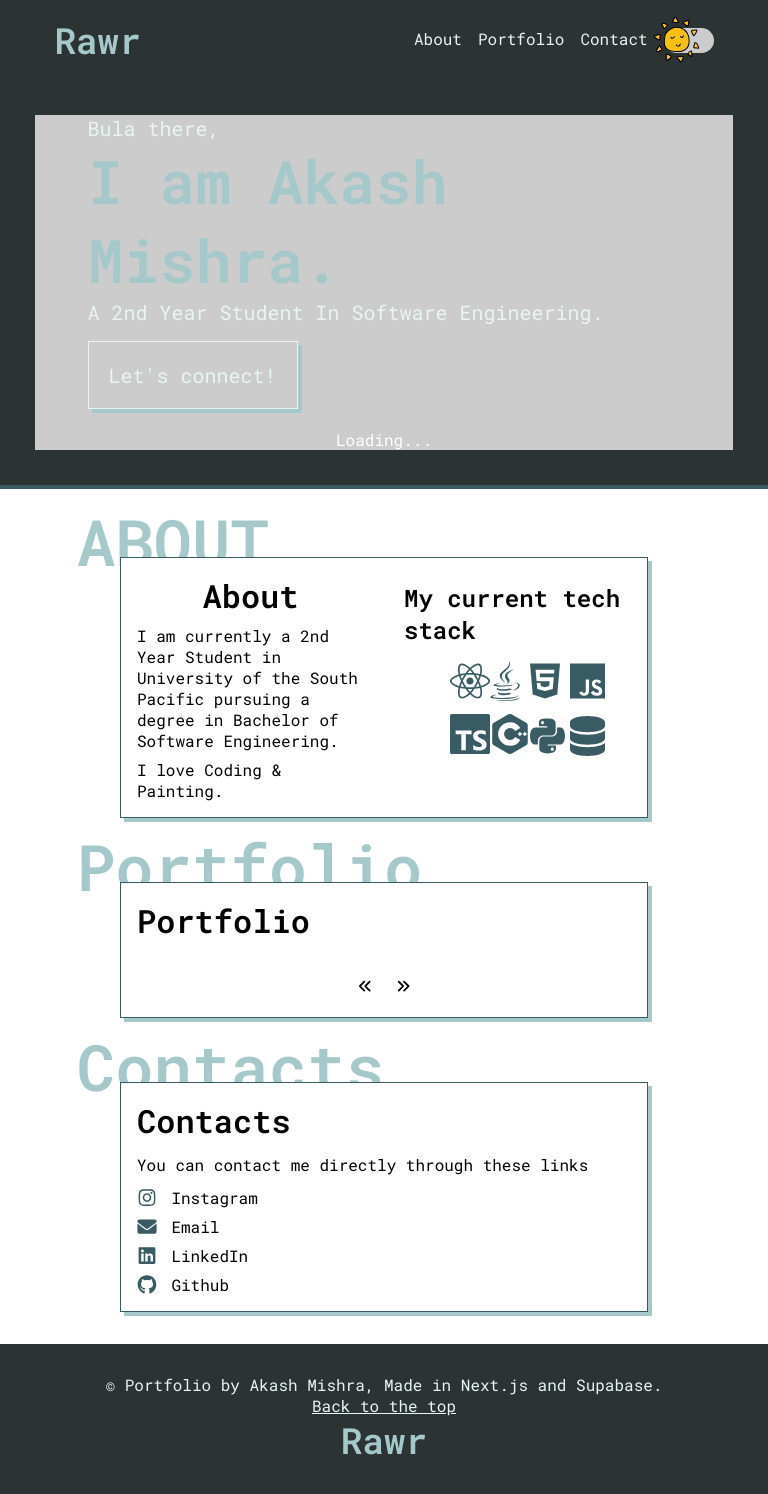
Repository: akashrawr/personal-portfolio
Page: /
An editor plug-in stored every save of this project. The page is shown before and after the next save, followed by the edit.
The browser window is 768 px wide. The pictures show the whole page.
The page's requests for data from a server got no answer. The project was rebuilt for these pictures with package versions that can differ from the ones it lists, and the page was loaded fresh each time. The framework's server and built-in components were replaced by stand-ins that run in the browser. No one was signed in, and anything a server would have sent is missing. Also part of the build but not shown: next.config.ts.

Above is the page before, as saved 2025-01-03 20:48:57.

### app/layout.tsx
import type { Metadata } from "next";
import { Geist, Geist_Mono } from "next/font/google";
import "./globals.css";

const geistSans = Geist({
  variable: "--font-geist-sans",
  subsets: ["latin"],
});

const geistMono = Geist_Mono({
  variable: "--font-geist-mono",
  subsets: ["latin"],
});

export const metadata: Metadata = {
  title: "akashrawr",
  description: "Personal Portfolio",
};

export default function RootLayout({
  children,
}: Readonly<{
  children: React.ReactNode;
}>) {
  return (
    <html lang="en" translate="no"> {/* Prevent translation of the entire page */}
      <head>
        <meta charSet="UTF-8" />
        <meta httpEquiv="Content-Language" content="en" /> {/* Explicitly set content language */}
        <meta name="google" content="notranslate" /> {/* Inform Google to not translate */}
        <link rel="icon" href="/rawr.ico" type="image/x-icon" />
        <title>akashrawr</title>
        <meta name="description" content="My Personal Portfolio" />
      </head>
      <body className={`${geistSans.variable} ${geistMono.variable} antialiased`}>
        <div className="notranslate">
          {children}
        </div>
      </body>
    </html>
  );
}

### app/page.tsx
"use client"; // Enables client-side functionality
import React, { useState, useEffect } from "react";
import AOS from "aos";
import "aos/dist/aos.css";
import "./globals.css"; // Import global styles

// Import components
import Header from "./components/Header";
import Hero from "./components/Hero";
import About from "./components/About";
import Portfolio from "./components/Portfolio";
import Contact from "./components/Contact";
import Footer from "./components/Footer";

const Page: React.FC = () => {
  useEffect(() => {
    AOS.init({ once: true, delay: 0 });
  }, []);

  const [isNavVisible, setIsNavVisible] = useState(false);
  const [darkMode, setDarkMode] = useState(false);

  const toggleNav = () => {
    setIsNavVisible(!isNavVisible);
  };

  const toggleDarkMode = () => {
    setDarkMode(!darkMode);
    document.body.classList.toggle("dark-mode", !darkMode);
  };

  return (
    <div>
      <Header
        isNavVisible={isNavVisible}
        toggleNav={toggleNav}
        darkMode={darkMode}
        toggleDarkMode={toggleDarkMode}
      />
      <main>
        <Hero />
        <About />
        <Portfolio />
        <Contact />
      </main>
      <Footer />
    </div>
  );
};

export default Page;

### app/globals.css
@import url("https://fonts.googleapis.com/css2?family=Roboto+Mono:wght@300;400;600&display=swap");

:root {
  --primary-color: #2c3333;
  --secondary-color: #395b64;
  --accent-1: #a5c9ca;
  --accent-2: #e7f6f2;
  --neutral-1: black;
  --neutral-2: white;
  --neutral-3: white;
  --neutral-4: black;
  --icon-1: #395b64;

  --dark-primary-color: #121212;
  --dark-secondary-color: #1f1f1f;
  --dark-accent-1: #6c757d;
  --dark-accent-2: #adb5bd;
  --dark-neutral-1: #ffffff;
  --dark-neutral-2: #121212;
  --dark-neutral-3:#1f1f1f;
  --dark-neutral-4: #938f8f;
  --dark-icon-1: #938f8f;

}

*,
*::after,
*::before {
  margin: 0;
  padding: 0;
  font-family: "Roboto Mono", monospace;
  box-sizing: border-box;


}

html {
  scroll-behavior: smooth;
}

body {
  overflow-x: hidden;
  background-color: var(--neutral-3);
  color: var(--neutral-1);
  font-family: "Roboto Mono", monospace;
}

body.dark-mode {
  --primary-color: var(--dark-primary-color);
  --secondary-color: var(--dark-secondary-color);
  --accent-1: var(--dark-accent-1);
  --accent-2: var(--dark-accent-2);
  --neutral-1: var(--dark-neutral-1);
  --neutral-2: var(--dark-neutral-2);
  --neutral-3: var(--dark-neutral-3);
  --neutral-4: var(--dark-neutral-4);
  --icon-1:var(--dark-icon-1);
}


/* Navbar styles */

header {
  display: flex;
  align-items: center;
  justify-content: center;

  max-width: 100vw;
  background-color: var(--primary-color);
}

a {
  font-size: 14px;
  text-decoration: none;
}

h1 {
  font-family: "Roboto Mono", monospace;
}

.navbar-nav {
  display: flex;
  align-items: center;
  justify-content: space-between;
  background-color: var(--primary-color);
  padding: 1rem;
  width: 90%;
}

.nav-logo {
  grid-column: 1;
}

.nav-logo > h1 {
  font-size: 30px;
  color: var(--accent-1);
}

.primary-nav {
  display: flex;
  list-style: none;
  gap: 16px;

  grid-column: 2;
  justify-self: end;
}

.mobile-nav-toggle {
  display: none;
  cursor: pointer;
}

.nav-link:link,
.nav-link:visited {
  font-size: 16px;
  color: var(--accent-2);

  transition: 300ms ease-in-out;
}

.nav-link:hover {
  font-weight: 600;
  color: var(--accent-1);
}

.user-icon {
  width: 24px;
  height: 24px;
  fill: var(--accent-1);
  transition: fill 0.3s ease;
}

.user-icon:hover {
  fill: var(--accent-1);
}

/* Dark mode toggle button */
.theme-toggle {
  background: none;
  border: none;
  cursor: pointer;
  padding: 8px;
  display: flex;
  align-items: center;
}

.nav-icons {
  --size: 30px;
  width: var(--size);
  aspect-ratio: 1;
  cursor: pointer;
}



@media only screen and (max-width: 35em) {
  .primary-nav {
    position: fixed;
    top: 0;
    right: 0;
    bottom: 0;
    width: 125px;

    flex-direction: column;
    padding: min(15vh, 3rem) 1rem;
    background-color: var(--primary-color);
    border-left: 2px solid rgb(111, 111, 111); /* Add this line for the left border */

    z-index: 9999;

    transform: translateX(100%);
    transition: transform 350ms ease-out;
  }


  .nav-link:link,
  .nav-link:visited {
    font-size: 15px;
    color: var(--accent-1);
  }

  .primary-nav[data-visible="true"] {
    transform: translateX(0%);
  }

  .mobile-nav-toggle[aria-expanded="true"] {
    background: url('data:[embedded picture, 416 characters]') center center no-repeat;
  }

  .mobile-nav-toggle {
    display: block;
    position: absolute;
    background: url('data:[embedded picture, 417 characters]') center center no-repeat;

    width: 1.25rem;
    aspect-ratio: 1;

    border: none;

    top: 1.4rem;
    right: 2.5rem;
    z-index: 10000;

    transition: 250ms ease-in-out;
  }
}

/* Section styles */

section {
  display: flex;
  align-items: center;
  justify-content: center;

  max-width: 100vw;
  position: relative;
}

/* HERO SECTION */
#hero {
  background-color: var(--primary-color);
  border-bottom: 4px solid var(--icon-1);
  padding: 2.2rem;
}

/* Main container for text and image */
.hero-main-container {
  display: flex;
  flex-wrap: wrap;
  align-items: center;
  justify-content: space-between;
  gap: 16px;
}

/* Text Container */
.hero-container {
  flex: 1;
  display: flex;
  flex-direction: column;
  gap: 16px;
  padding: 2.2rem;
  width: 90%;
  height: 350px;
  animation: fade-in 500ms linear forwards;
}

.hero-text-container > h2 {
  font-size: 28px;
  color: var(--accent-1);
}

.hero-text-container > p {
  font-size: 12px;
  color: var(--accent-2);
}

.hero-button {
  align-self: flex-start;

  font-size: 14px;
  padding: 1em;

  color: var(--accent-2);
  background-color: transparent;

  border: 1px solid var(--accent-2);
  box-shadow: 4px 4px 0px var(--accent-1);

  transition: 300ms ease-in-out;
}

.hero-button:hover {
  background-color: var(--accent-2);
  color: var(--primary-color);
  box-shadow: 6px 6px 0px var(--secondary-color);
}

/* Image Container */
.hero-img {
  flex: 1;
  display: flex;
  justify-content: center;
  align-items: center;
}

.hero-image {
  max-width: 50%;
  height: auto;
  border-radius: 10px;
  box-shadow: 0 4px 8px rgba(0, 0, 0, 0.1);
  border: 1px solid var(--secondary-color);
  background-color: var(--neutral-2);
  box-shadow: 4px 4px 0px var(--accent-1);
}

.hero-img p{
color:white;
}


/* Responsive Styles */
@media screen and (max-width: 768px) {
  .hero-main-container {
    flex-direction: column;
    background-color:#ccc;
    padding: 0;
    width: 100%;
    gap: 0;
    margin: 0 auto; /* Optional: Center the container */
  }
  .hero-img {
    margin-top: 20px;
  }
  .hero-container, .hero-image {
    max-width: 85%;
    height: auto;
    padding: 0;
    margin: 0 auto;
  }
  .hero-text-container {
    text-align: left;
    background-color:#ccc;
    padding: 0;
    width: 100%;
    gap: 0;
    margin: 0 auto;
  }


}
.hero-text-container > h2 {
  font-size: 28px;
  color: var(--accent-1);
}
.hero-text-container > p {
  font-size: 12px;
}
.project-card > h3 {
  font-size: 12px;
  color: var(--secondary-color);
}

/* ABOUT */

#about {
  padding: 2rem;
  margin-top: 36px;
  animation: fade-in 500ms linear forwards;

}

.wave-asset {
  width: 100%;
  position: absolute;

  top: 0;
  left: 0;
}

.about-container {
  display: flex;
  align-items: center;
  justify-content: center;
  background-color: var(--neutral-2);
  width: 90%;
  z-index: 999;
}

.about-card,
.portfolio-card,
.contact-card {
  display: flex;
  flex-direction: column;
  gap: 16px;
  border: 1px solid var(--secondary-color);
  background-color: var(--neutral-2);

  width: 100%;
  padding: 1rem;

  box-shadow: 4px 4px 0px var(--accent-1);
}

.about-content,
.portfolio-content {
  width: 100%;
  display: flex;
  flex-direction: column;
  gap: 8px;
}

.about-content > h2,
.about-content > h3 {
  color: var(--neutral-4);
}

.about-content > p {
  font-size: 12px;
  color: var(--neutral-4);
}

.tech-stack-grid {
  width: 65%;
  display: grid;
  grid-template-columns: repeat(4, 1fr);
  place-items: center;
}

.tech-stack {
  --size: 30px;
  width: var(--size);
  aspect-ratio: 1;
}

/* Portfolio container */

#portfolio {
  padding: 2rem;
  animation: fade-in 500ms linear forwards;
}

.portfolio-container {
  width: 90%;
  z-index: 999;
}

.project-container {
  display: grid;
  grid-template-columns: repeat(2, 1fr);
  gap: 16px;
}

.portfolio-content > h2 {
  color: var(--neutral-4);
}

.project-card {
  display: flex;
  flex-direction: column;
  gap: 4px;

  padding: 1rem;
  border-radius: 8px;
  border: 1px solid var(--accent-1);
}

.project-card > h3 {
  color: var(--neutral-4);
}

.project-card > h5 {
  color: var(--neutral-4);
  opacity: 0.5;
}

.project-card > p {
  font-size: 12px;
  width: 100%;
  display: -webkit-box;
  -webkit-box-orient: vertical;
  -webkit-line-clamp: 3;
  overflow: hidden;
  color: var(--neutral-4);
}

.project-img {
  width: 100%;
  aspect-ratio: 16/9;
}

.project-card-links {
  align-self: flex-end;

  margin-top: 10px;
  display: flex;
  align-items: center;
  gap: 12px;
}

.project-icons {
  --size: 20px;
  width: var(--size);
  aspect-ratio: 1;
}

.project-card-links > a {
  display: flex;
  align-items: center;
  color: var(--neutral-4);
  font-size: 10px;
  gap: 4px;
}

.project-card-links > a:link,
.project-card-links > a:visited {

  color: var(--neutral-4);
}

.project-card-links > a:hover {
  font-weight: 600;
  color: var(--accent-1);
}

/* CONTACT */
#contact {
  padding: 2rem;
  animation: fade-in 500ms linear forwards;
}

.contact-container {
  width: 90%;
  z-index: 999;
}

.contact-card {
  width: 100%;
  gap: 12px;
}
.contact-card > h2 {
    color: var(--neutral-4);
}

.contact-card > p {
  font-size: 12px;
  color: var(--neutral-4);
}

.contact-links {
  display: flex;
  flex-direction: column;
  gap: 8px;
}

.contact-links > a {
  display: flex;
  align-items: center;
  gap: 8px;
}

.contact-links > a:link,
.contact-links > a:visited {
  color: var(--neutral-4);
}

.contact-links > a:hover {
  font-weight: 600;
  color: var(--accent-1);
}
.contact-icons {
  --size: 20px;
  width: var(--size);
  aspect-ratio: 1;
}

/* extras */
.section-highlight {
  font-size: 4rem;
  font-weight: 600;
  opacity: 0.5;
  color: var(--accent-1);

  position: absolute;
  top: 0;
  left: 100px;
}

/* footer */
footer {
  display: flex;
  align-items: center;
  justify-content: center;
  color: var(--accent-2);
  max-width: 100vw;
  background-color: var(--primary-color);
  min-height: 150px;
}

.footer-content {
  text-align: center;
  font-size: 12px;
  width: 90%;

  color: var(--accent-2);
}

.footer-content > p {
  text-decoration: underline;
}

.footer-content > a {
  text-decoration: underline;
}

.footer-content > a:link,
.footer-content > a:visited {
  color: var(--accent-2);
}

.footer-content > a:hover {
  color: var(--accent-1);
}
/* media queries */

@media only screen and (max-width: 35em) {
  .hero-container {
    padding: 1rem;
    height: 200px;
  }
  .project-container {
    grid-template-columns: 1fr;
  }
  .tech-stack-grid {
    width: 100%;
  }
  .section-highlight {
    font-size: 3.5rem;
    top: -16px;
    left: 6vw;
  }
}

@media only screen and (min-width: 35em) {
  .hero-container {
    height: 250px;
  }
  .about-container,
  .portfolio-container,
  .contact-container {
    width: 75%;
  }

  .about-card,
  .portfolio-card {
    align-items: center;
    justify-content: center;
    flex-direction: row;
    gap: 20px;
  }

  .section-highlight {
    top: -26px;
    left: 10vw;
  }
}

@media only screen and (min-width: 768px) {
  .nav-logo > h1 {
    font-size: 36px;
  }

  /* hero */
  .hero-container {
    height: 350px;
  }

  .hero-text-container > p {
    font-size: 20px;
  }

  .hero-text-container > h2 {
    font-size: 60px;
  }

  .hero-button {
    font-size: 20px;
  }

  /* about */
  .about-card {
    gap: 40px;
  }

  .about-content > h2 {
    font-size: 32px;
  }

  .about-content > h3 {
    font-size: 24px;
  }

  .about-content > p {
    font-size: 16px;
  }

  .tech-stack-section {
    align-self: flex-start;
    margin-top: 8px;
  }

  .tech-stack {
    --size: 40px;
    width: var(--size);
    aspect-ratio: 1;
  }

  /* portfolio */
  .portfolio-content > h2 {
    font-size: 32px;
  }

  .project-card > h3 {
    font-size: 24px;
  }

  .project-card > h5,
  .project-card > p {
    font-size: 16px;
  }

  .project-card-links > a {
    font-size: 16px;
  }

  /* contacts */
  .contact-card > h2 {
    font-size: 32px;
  }

  .contact-card > p {
    font-size: 16px;
  }

  .contact-links > a {
    font-size: 16px;
  }
  .footer-content,
  .footer-content > a {
    font-size: 16px;
  }
}

@media only screen and (min-width: 1024px) {
  .section-highlight {
    top: -26px;
    left: 10vw;
  }
}

@keyframes fade-in {
  0% {
    opacity: 0;
  }
  100% {
    opacity: 1;
  }
}

/* Adjust specific sections as needed for React-specific behaviors */
.primary-nav.visible {
  transform: translateX(0%);
}

/* The switch - the box around the slider */
.switch {
  position: relative;
  display: inline-block;
  width: 50px;
  height: 25px;
}

/* Hide default HTML checkbox */
.switch input {
  opacity: 0;
  width: 0;
  height: 0;
}

/* The slider */
.slider {
  position: absolute;
  cursor: pointer;
  top: 0;
  left: 0;
  right: 0;
  bottom: 0;
  background-color: #ccc;
  -webkit-transition: .4s;
  transition: .4s;
  border-radius: 25px; /* Rounded edges for the slider */
  display: flex;

  align-items: center;
}

/* Adjust the icon size to 48x48 pixels */
.slider .icon {
  position: absolute;
  width: 48px;
  height: 48px;
  transition: .4s;
}

/* When the input is checked (dark mode is on) */
input:checked + .slider {
  background-color: #3e4346; /* Change background color on check */
}

input:focus + .slider {
  box-shadow: 0 0 1px #2196F3;
}

/* Move the icons when the input is checked (dark mode) */
input:checked + .slider .icon {
  transform: translateX(20px); /* Move the icon to the right */
}

/* Default state (light mode) */
input:not(:checked) + .slider .icon {
  transform: translateX(-15px) translateY(-2px); /* Icon remains in the default position */
  width: 52px; /* Further reduced icon size for very small screens */
  height: 52px; /* Further reduced icon size for very small screens */
}

.about-icon {
  color: var(--icon-1); /* Change to any shade of blue you prefer */
  font-size: 3rem; /* Adjust size as needed */
  margin: 0.5rem;
}

.project-icons {
  margin-right: 0.5rem; /* Space between icon and text */
  font-size: 1.5rem; /* Adjust icon size */
  color: inherit; /* Match the color of the link */
}

.contact-icons {
  margin-right: 0.5rem; /* Space between icon and text */
  font-size: 1.5rem; /* Adjust icon size */
  color: var(--icon-1);
}

/* Responsive Adjustments */
@media (max-width: 768px) {
  .about-icon {
    font-size: 2.5rem; /* Slightly smaller on smaller devices */
    margin: 0.4rem;
  }

  .project-icons {
    font-size: 1.2rem; /* Smaller icon size on smaller screens */
    margin-right: 0.4rem;
  }

  .contact-icons {
    font-size: 1.2rem; /* Smaller icon size on smaller screens */
    margin-right: 0.4rem;
  }
}

@media (max-width: 480px) {
  .about-icon {
    font-size: 2rem; /* Even smaller on very small devices */
    margin: 0.3rem;
  }

  .project-icons {
    font-size: 1rem; /* Further reduced icon size for very small screens */
    margin-right: 0.3rem;
  }

  .contact-icons {
    font-size: 1rem; /* Further reduced icon size for very small screens */
    margin-right: 0.3rem;
  }
}

.pagination {
  display: flex;
  justify-content: center;
  align-items: center;
  margin-top: 1rem;
}

.pagination a {
  color: var(--neutral-4);
  padding: 8px 16px;
  text-decoration: none;
}

.pagination a.active {
  background-color: #395b64;
  color: white;
}

.pagination a:disabled {
  color: grey;
  pointer-events: none;
}

/* Responsive Adjustments */
@media (max-width: 768px) {
  .pagination a {
    padding: 6px 12px; /* Smaller padding for smaller screens */
    font-size: 0.9rem; /* Slightly smaller font size */
  }

  .pagination {
    margin-top: 0.75rem; /* Adjust margin top for smaller screens */
  }
}

@media (max-width: 480px) {
  .pagination a {
    padding: 4px 8px; /* Even smaller padding for very small screens */
    font-size: 0.8rem; /* Smaller font size for very small screens */
  }

  .pagination {
    margin-top: 0.5rem; /* Adjust margin top for very small screens */
  }
}

### app/components/Hero.tsx
import React, { useEffect, useState } from 'react';
import supabase from '../utils/supabaseClient';  // Adjust path if in 'utils'
import Image from 'next/image';  // Import Image from next/image

function Hero() {
  const [heroImage, setHeroImage] = useState<string | null>(null);

  useEffect(() => {
    const fetchHeroImage = async () => {
      const { data, error } = await supabase
        .from('hero')  // Table name is 'hero'
        .select('image_path')        // Only selecting 'image_path' column
        .limit(1);                   // Limiting to only one result (first row)

      if (error) {
        console.error('Error fetching hero image:', error);
      } else {
        setHeroImage(data?.[0]?.image_path || null);
      }
    };

    fetchHeroImage();
  }, [supabase]); // Including 'supabase' as a dependency

  return (
    <section id="hero">
      <div className="hero-main-container">
        {/* Text and Button Container */}
        <div className="hero-container">
          <div className="hero-text-container" data-aos="fade-up">
            <p>Bula there,</p>
            <h2>I am Akash Mishra.</h2>
            <p>A 2nd Year Student In Software Engineering.</p>
          </div>
          <a href="#contact" className="hero-button" data-aos="fade-up">
            Let&apos;s connect!
          </a>
        </div>

        {/* Image Container */}
        <div className="hero-img" data-aos="fade-up">
          {heroImage ? (
            <Image
              className="hero-image"
              src={heroImage}
              alt="Akash"
              layout="responsive"
              width={500}
              height={500}
            />
          ) : (
            <p>Loading...</p>
          )}
        </div>
      </div>
    </section>
  );
}

export default Hero;

### app/components/Contact.tsx
import React from "react";
import { FontAwesomeIcon } from "@fortawesome/react-fontawesome";
import { faInstagram, faGithub, faLinkedin } from "@fortawesome/free-brands-svg-icons";
import { faEnvelope } from "@fortawesome/free-solid-svg-icons";

const Contact: React.FC = () => {
  return (
    <section id="contact">
      <h2 className="section-highlight" data-aos="fade-up">
        Contacts
      </h2>
      <div className="contact-container" data-aos="fade-up">
        <div className="contact-card">
          <h2>Contacts</h2>
          <p>You can contact me directly through these links</p>

          <div className="contact-links">
            <a href="https://www.instagram.com/_acnologxa" className="contact-link">
              <FontAwesomeIcon icon={faInstagram} className="contact-icons" />
              Instagram
            </a>

            <a href="mailto:akashkm553@gmail.com" className="contact-link">
              <FontAwesomeIcon icon={faEnvelope} className="contact-icons" />
              Email
            </a>

            <a href="https://www.linkedin.com/in/akashmishra-rawr" className="contact-link">
              <FontAwesomeIcon icon={faLinkedin} className="contact-icons" />
              LinkedIn
            </a>

            <a href="https://github.com/akashrawr" className="contact-link">
              <FontAwesomeIcon icon={faGithub} className="contact-icons" />
              Github
            </a>
          </div>
        </div>
      </div>
    </section>
  );
};

export default Contact;

### app/components/Footer.tsx
import React from 'react';

const Footer: React.FC = () => {
  return (
    <footer>
      <div className="footer-content">
        © Portfolio by Akash Mishra, Made in Next.js and Supabase. <br />
        <a href="#hero">Back to the top</a>
        <div className="nav-logo">
          <h1>Rawr</h1>
        </div>
      </div>
    </footer>
  );
};

export default Footer;

### app/utils/supabaseClient.ts
import { createClient } from '@supabase/supabase-js';

// Fetch environment variables
const supabaseUrl = process.env.NEXT_PUBLIC_SUPABASE_URL || '';
const supabaseKey = process.env.NEXT_PUBLIC_SUPABASE_KEY || '';

// Initialize the Supabase client
const supabase = createClient(supabaseUrl, supabaseKey);

export default supabase;

Loaded but not shown: app/components/Header.tsx (89 lines, source omitted); app/components/Portfolio.tsx (139 lines, source omitted); app/components/About.tsx (59 lines, source omitted)

After the next save:
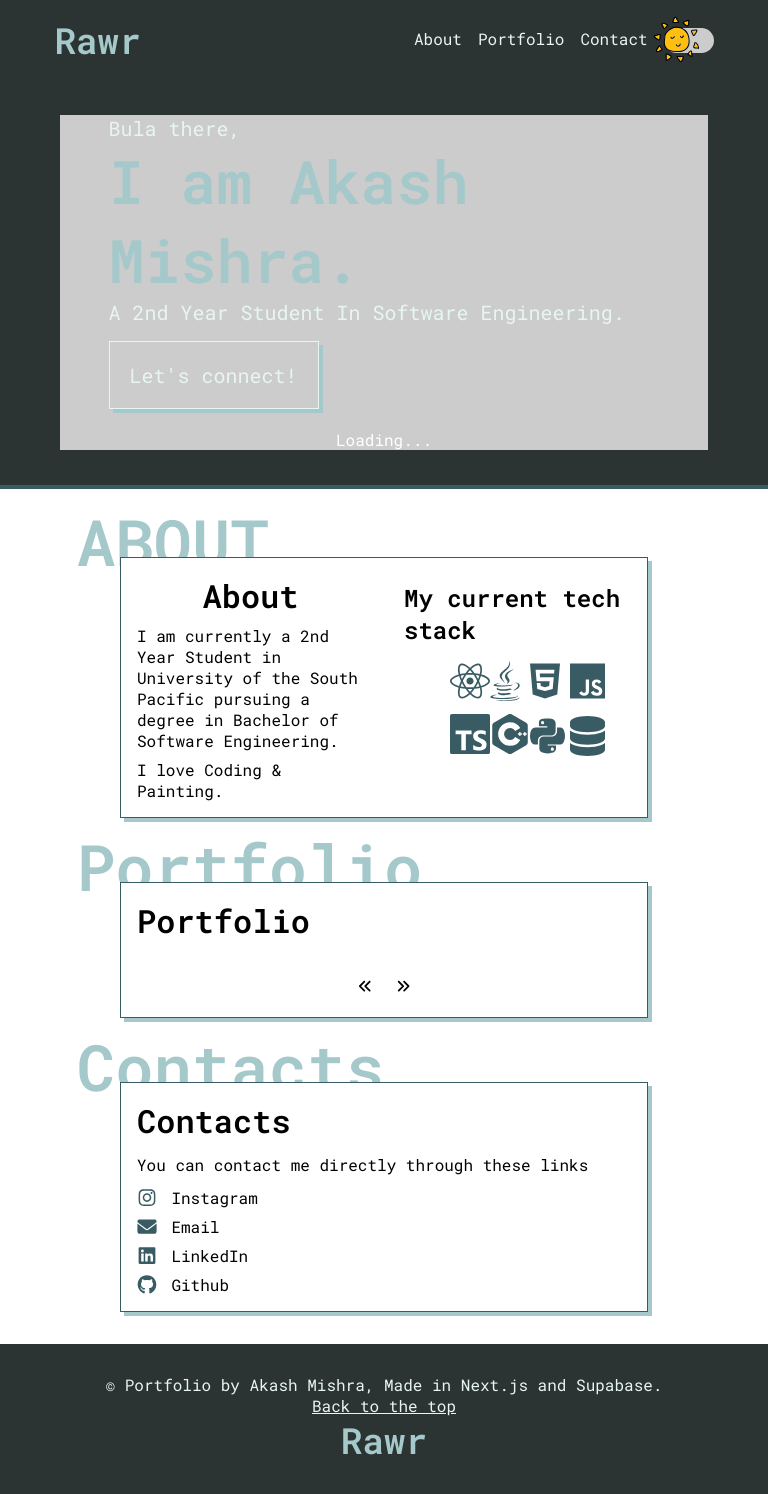
Saved 59 s later.
--- a/app/globals.css
+++ b/app/globals.css
@@ -304,7 +304,7 @@ color:white;
     flex-direction: column;
     background-color:#ccc;
     padding: 0;
-    width: 100%;
+    width: auto;
     gap: 0;
     margin: 0 auto; /* Optional: Center the container */
   }
